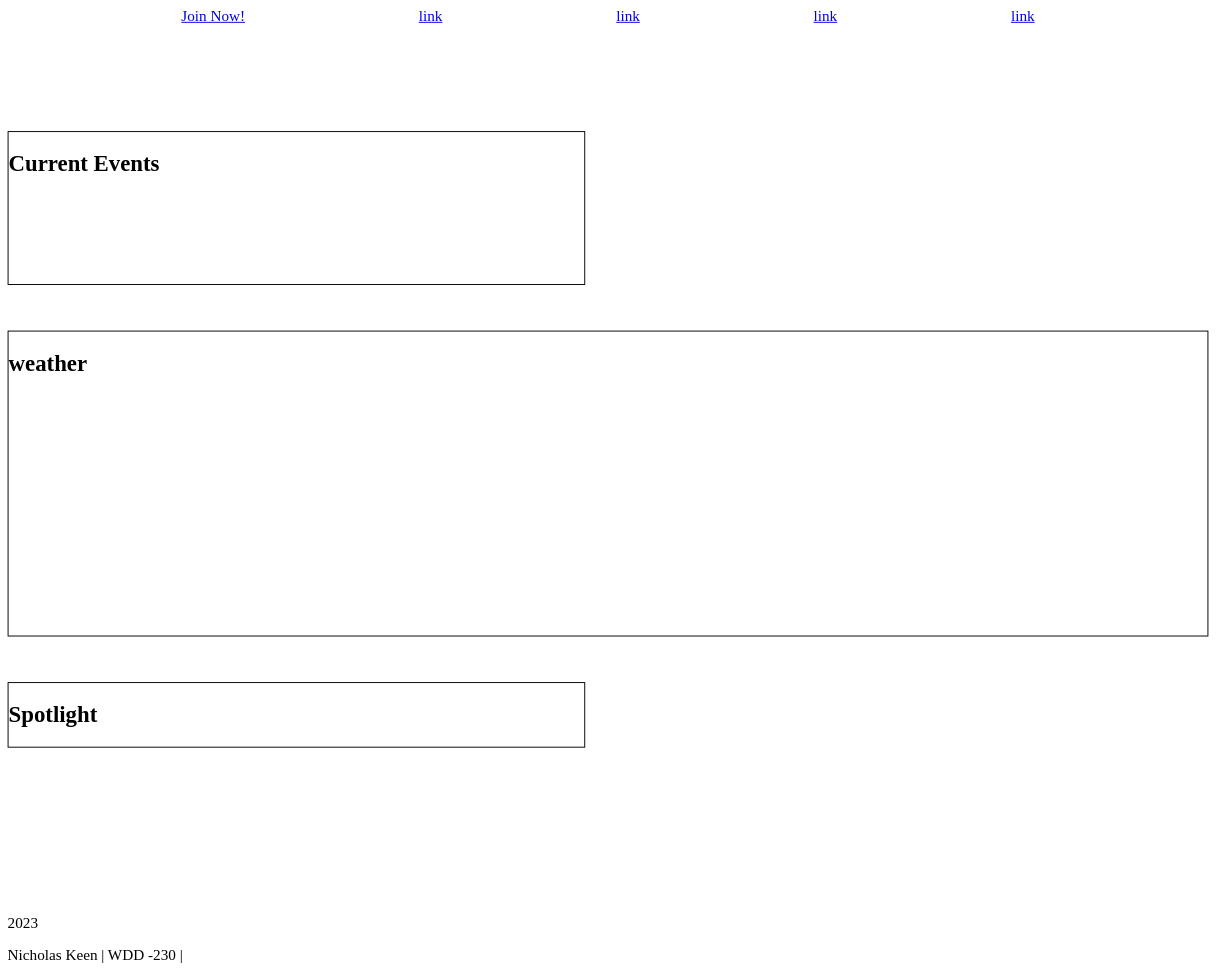
Repository: nak97/WDD230
Page: lesson03/chamber.html
The author's editor kept a copy of each file at every save. The page is drawn from the files as they stood at one save, then again after the next save.
The browser window is 1280 px wide. The pictures show the whole page, at 95% of full size.
Some web fonts or font styles are not loaded; a fallback is used.

Above is the page before, as saved 2023-10-07 20:01:06.

### lesson03/chamber.html
<!DOCTYPE html>
<html lang="en">
<head>
  <meta charset="UTF-8">
  <meta name="viewport" content="width=device-width, initial-scale=1.0">
  <meta name="description" content="WDD 230 - Nicholas Keen  - Web Frontend Development chamber-site-plan">
  <meta name="author" content="Nicholas Keen">
  <meta property="og:title" content="facebook"/>
  <meta property="og:type" content="website" />
  <meta property="og:url" content="facebook.com" />
  <meta property="og:image" content="images/facebook-meta-tag-pic.png" />
  <title>Chamber site plan</title>
  <link rel="stylesheet" href="/lesson03/styles/medium.css">
  <link rel="stylesheet" href="/lesson03/styles/large.css">
  <link rel="stylesheet" href="/lesson03/base.css">
  <link rel="preconnect" href="https://fonts.googleapis.com">
  <link rel="preconnect" href="https://fonts.gstatic.com" crossorigin>
  <link href="https://fonts.googleapis.com/css2?family=Gajraj+One&family=Montserrat:wght@700&family=Young+Serif&display=swap" rel="stylesheet">
  <title>Chamber</title>
</head>
<body>
  <header>

  </header>
  <nav class="navigation" >
    <a href="#">Join Now!</a>
    <a href="#">link</a>
    <a href="#">link</a>
    <a href="#">link</a>
    <a href="#">link</a>
  </nav>

  <main>
<!-- <img src="https://imgs.search.brave.com/JFc6OAb8GeWjekpeVgYFRLz9ljMKk6hGTTPaqdilQQg/rs:fit:500:0:0/g:ce/aHR0cHM6Ly90NC5m/dGNkbi5uZXQvanBn/LzAzLzI4LzMzLzIz/LzM2MF9GXzMyODMz/MjM5NV82THd3Z0Rr/eDdqTlU4MVBDYW9k/UUtwVGZENjVUSjJ6/Ry5qcGc" alt=""> -->

<section class="current-events">
<h1>Current Events </h1>

</section>


<section class="weather">
<h1>weather</h1>

</section>




<section class="spotlights">
<h1>Spotlight</h1>

</section>
  </main>

  <footer>
  <p> <i class="fa-sharp fa-light fa-copyright"></i>2023 </p>
  <p> Nicholas Keen |  WDD -230 | <span id="lastModified"></span> </p>
  </footer>

</body>
</html>

### lesson03/base.css
 /* body{
  background-image: url(https://imgs.search.brave.com/JFc6OAb8GeWjekpeVgYFRLz9ljMKk6hGTTPaqdilQQg/rs:fit:500:0:0/g:ce/aHR0cHM6Ly90NC5m/dGNkbi5uZXQvanBn/LzAzLzI4LzMzLzIz/LzM2MF9GXzMyODMz/MjM5NV82THd3Z0Rr/eDdqTlU4MVBDYW9k/UUtwVGZENjVUSjJ6/Ry5qcGc);
  background-repeat: no-repeat;
}  */

nav{
  display: flex;
  justify-content: space-evenly;
}
main {
  display: grid;
  grid-template-columns: 1fr 1fr;
  grid-gap: 3rem;
  margin-top: 7rem;
}
section {
  border: 1px solid black;
}

.current-events{
  height: 10rem;
}

.weather  {
  grid-column: 1/3;
  height: 20rem;
}

.spotlight {
  grid-column: 2;
  grid-row: 1;
  height: 10rem;
}
footer{
  margin-top:11rem ;
}

Loaded but not shown: lesson03/styles/medium.css (no stored copy; drawn as an empty file); lesson03/styles/large.css (no stored copy; drawn as an empty file)

After the next save:
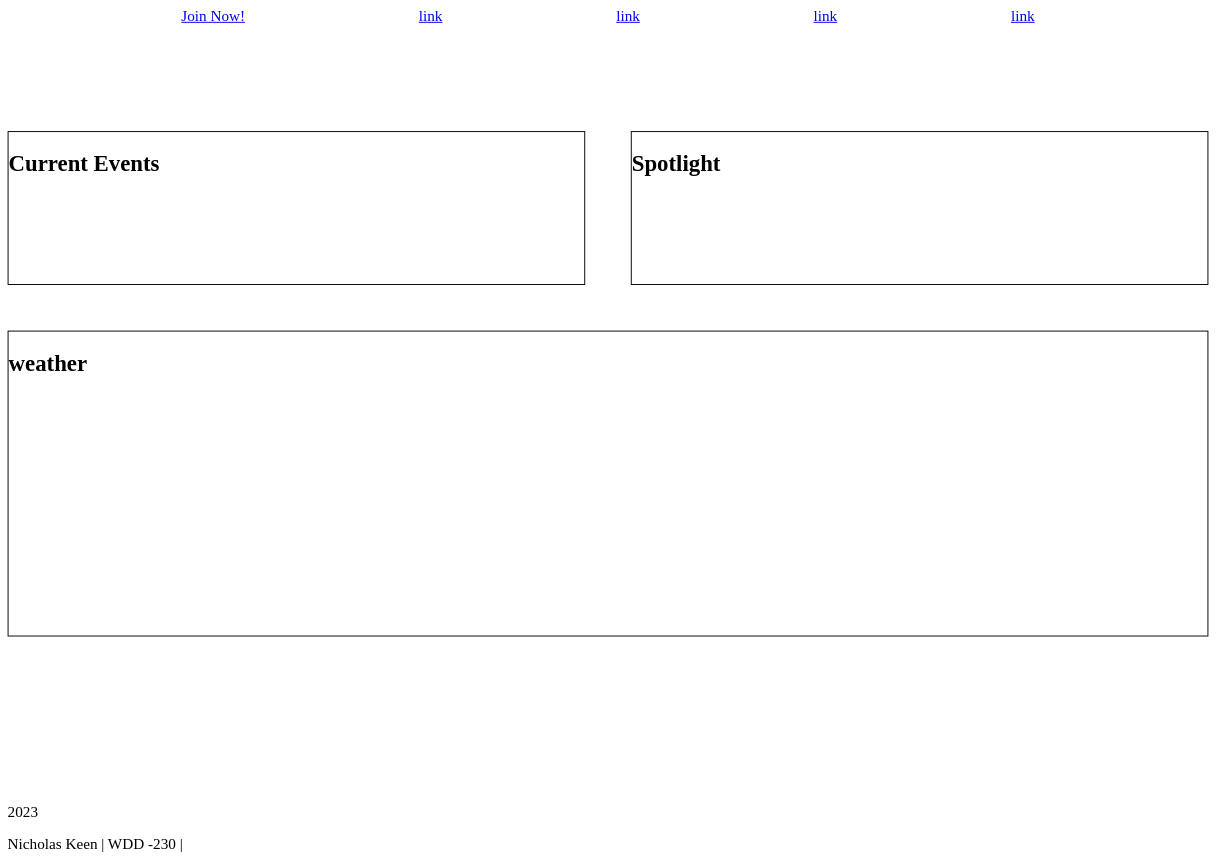
Saved 37 s later.
--- a/lesson03/chamber.html
+++ b/lesson03/chamber.html
@@ -47,7 +47,7 @@
 
 
 
-<section class="spotlights">
+<section class="spotlight">
 <h1>Spotlight</h1>
 
 </section>
